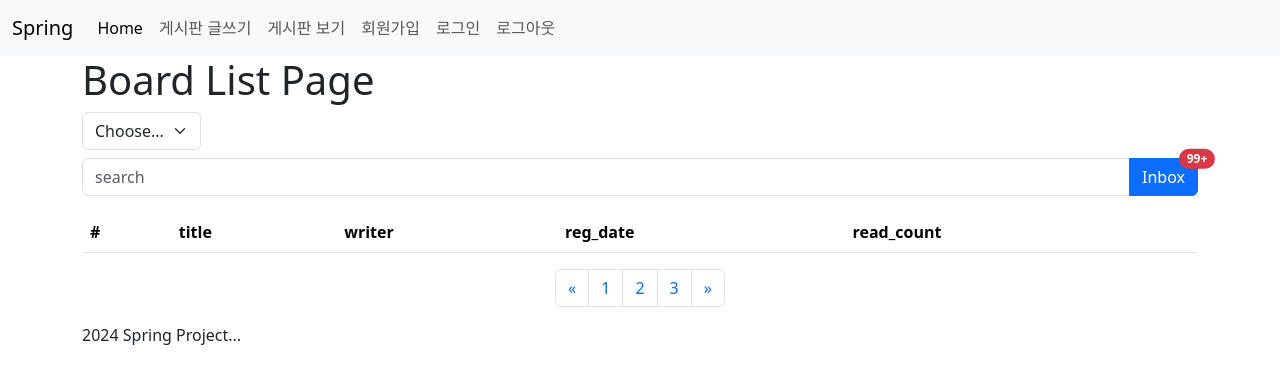
Repository: dhalfks/springTest240430
Page: http://localhost/spring_study/WEB-INF/views/board/list.jsp
An editor plug-in stored every save of this project. The page is shown before and after the next save, followed by the edit.
The browser window is 1280 px wide. The pictures show the whole page.
The page is served by Tomcat 9. Nobody is signed in. The template is opened directly, without the code that normally fills it, so the values that code supplies are empty.

Above is the page before, as saved 2024-04-24 08:14:55.

### spring_study/src/main/webapp/WEB-INF/views/board/list.jsp
<%@ page language="java" contentType="text/html; charset=UTF-8"
    pageEncoding="UTF-8"%>
    <%@ taglib uri="http://java.sun.com/jsp/jstl/core" prefix="c"%>

<jsp:include page="../layout/header.jsp" />
<div class="container-md">
	<h1>Board List Page</h1>
	<!-- 검색라인 -->
	<form  action="" class="row gy-2 gx-3 align-items-center">
		<div class="col-auto">
		    <label class="visually-hidden" for="autoSizingSelect">search</label>
		    <select class="form-select" id="autoSizingSelect">
		      <option selected>Choose...</option>
		      <option value="1">One</option>
		      <option value="2">Two</option>
		      <option value="3">Three</option>
		    </select>
		  </div>
		<div class="input-group mb-3">
		  <input type="text" class="form-control" placeholder="search" aria-label="Recipient's username" aria-describedby="button-addon2">
		  <button type="button" class="btn btn-primary position-relative">
			  Inbox
			  <span class="position-absolute top-0 start-100 translate-middle badge rounded-pill bg-danger">
			    99+
			    <span class="visually-hidden">unread messages</span>
			  </span>
			</button>
		</div>
	</form>

	<table class="table table-hover">
		<thead>
			<tr>
				<th>#</th>
				<th>title</th>
				<th>writer</th>
				<th>reg_date</th>
				<th>read_count</th>
			</tr>
		</thead>
		<tbody>
			<c:forEach items="${list }" var="bvo">
				<tr>
					<td>${bvo.bno }</td>
					<td><a href="/board/detail?bno=${bvo.bno }">${bvo.title }</a></td>
					<td>${bvo.writer }</td>
					<td>${bvo.reg_date }</td>
					<td>${bvo.read_count }</td>
				</tr>
			</c:forEach>
		</tbody>
	</table>

	<!-- 페이지네이션라인  -->
	<nav aria-label="Page navigation example">
      <ul class="pagination justify-content-center">
        <li class="page-item">
          <a class="page-link" href="#" aria-label="Previous">
            <span aria-hidden="true">«</span>
          </a>
        </li>
        <li class="page-item"><a class="page-link" href="#">1</a></li>
        <li class="page-item"><a class="page-link" href="#">2</a></li>
        <li class="page-item"><a class="page-link" href="#">3</a></li>
        <li class="page-item">
          <a class="page-link" href="#" aria-label="Next">
            <span aria-hidden="true">»</span>
          </a>
        </li>
      </ul>
    </nav>

</div>
<jsp:include page="../layout/footer.jsp" />

### spring_study/src/main/webapp/WEB-INF/views/layout/header.jsp
<%@ page language="java" contentType="text/html; charset=UTF-8"
    pageEncoding="UTF-8"%>
<!DOCTYPE html>
<html>
<head>
<meta charset="UTF-8">
<title>header.jsp</title>
<link href="https://cdn.jsdelivr.net/npm/bootstrap@5.3.3/dist/css/bootstrap.min.css" rel="stylesheet" integrity="sha384-QWTKZyjpPEjISv5WaRU9OFeRpok6YctnYmDr5pNlyT2bRjXh0JMhjY6hW+ALEwIH" crossorigin="anonymous">
<script src="https://cdn.jsdelivr.net/npm/bootstrap@5.3.3/dist/js/bootstrap.bundle.min.js" integrity="sha384-YvpcrYf0tY3lHB60NNkmXc5s9fDVZLESaAA55NDzOxhy9GkcIdslK1eN7N6jIeHz" crossorigin="anonymous"></script>
</head>
<body>
<nav class="navbar navbar-expand-lg bg-body-tertiary">
  <div class="container-fluid">
    <a class="navbar-brand" href="#">Spring</a>
    <button class="navbar-toggler" type="button" data-bs-toggle="collapse" data-bs-target="#navbarSupportedContent" aria-controls="navbarSupportedContent" aria-expanded="false" aria-label="Toggle navigation">
      <span class="navbar-toggler-icon"></span>
    </button>
    <div class="collapse navbar-collapse" id="navbarSupportedContent">
      <ul class="navbar-nav me-auto mb-2 mb-lg-0">
        <li class="nav-item">
          <a class="nav-link active" aria-current="page" href="/">Home</a>
        </li>
        <li class="nav-item">
          <a class="nav-link" href="/board/register">게시판 글쓰기</a>
        </li>
        <li class="nav-item">
          <a class="nav-link" href="/board/list">게시판 보기</a>
        </li>
        <li class="nav-item">
          <a class="nav-link" href="#">회원가입</a>
        </li>
        <li class="nav-item">
          <a class="nav-link" href="#">로그인</a>
        </li>
        <li class="nav-item">
          <a class="nav-link" href="#">로그아웃</a>
        </li>
       </ul>
    </div>
  </div>
</nav>

### spring_study/src/main/webapp/WEB-INF/views/layout/footer.jsp
<%@ page language="java" contentType="text/html; charset=UTF-8"
    pageEncoding="UTF-8"%>

<div class="container-md">
 	2024 Spring Project...
</div>

</body>
</html>

After the next save:
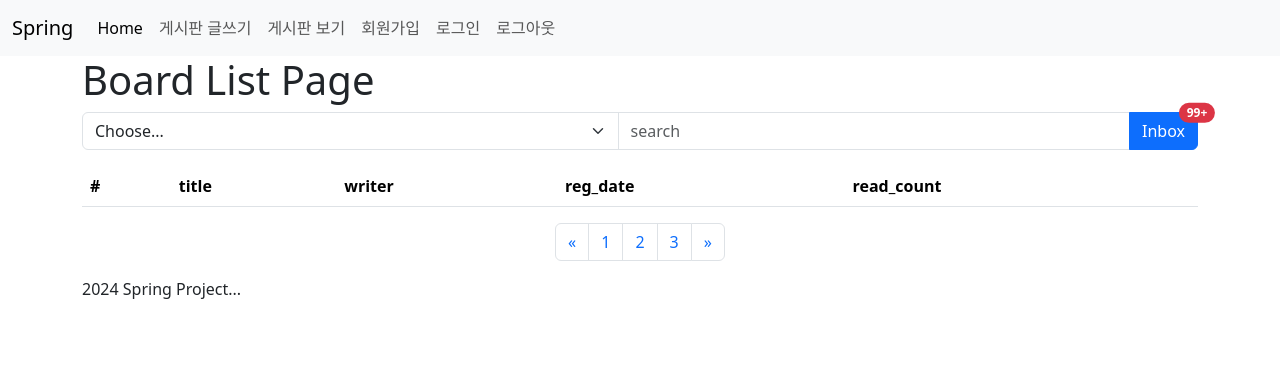
Saved 6 min 37 s later.
--- a/spring_study/src/main/webapp/WEB-INF/views/board/list.jsp
+++ b/spring_study/src/main/webapp/WEB-INF/views/board/list.jsp
@@ -6,27 +6,33 @@
 <div class="container-md">
 	<h1>Board List Page</h1>
 	<!-- 검색라인 -->
-	<form  action="" class="row gy-2 gx-3 align-items-center">
-		<div class="col-auto">
-		    <label class="visually-hidden" for="autoSizingSelect">search</label>
-		    <select class="form-select" id="autoSizingSelect">
-		      <option selected>Choose...</option>
-		      <option value="1">One</option>
-		      <option value="2">Two</option>
-		      <option value="3">Three</option>
-		    </select>
-		  </div>
-		<div class="input-group mb-3">
-		  <input type="text" class="form-control" placeholder="search" aria-label="Recipient's username" aria-describedby="button-addon2">
-		  <button type="button" class="btn btn-primary position-relative">
-			  Inbox
-			  <span class="position-absolute top-0 start-100 translate-middle badge rounded-pill bg-danger">
-			    99+
-			    <span class="visually-hidden">unread messages</span>
-			  </span>
-			</button>
-		</div>
-	</form>
+<form action="" class="row g-3">
+      <div class="input-group mb-3">
+        <select class="form-select" id="autoSizingSelect">
+          <option selected>Choose...</option>
+          <option value="1">One</option>
+          <option value="2">Two</option>
+          <option value="3">Three</option>
+        </select>
+
+        <input
+          type="text"
+          class="form-control"
+          placeholder="search"
+          aria-label="Recipient's username"
+          aria-describedby="button-addon2"
+        />
+        <button type="button" class="btn btn-primary position-relative">
+          Inbox
+          <span
+            class="position-absolute top-0 start-100 translate-middle badge rounded-pill bg-danger"
+          >
+            99+
+            <span class="visually-hidden">unread messages</span>
+          </span>
+        </button>
+      </div>
+    </form>
 
 	<table class="table table-hover">
 		<thead>
